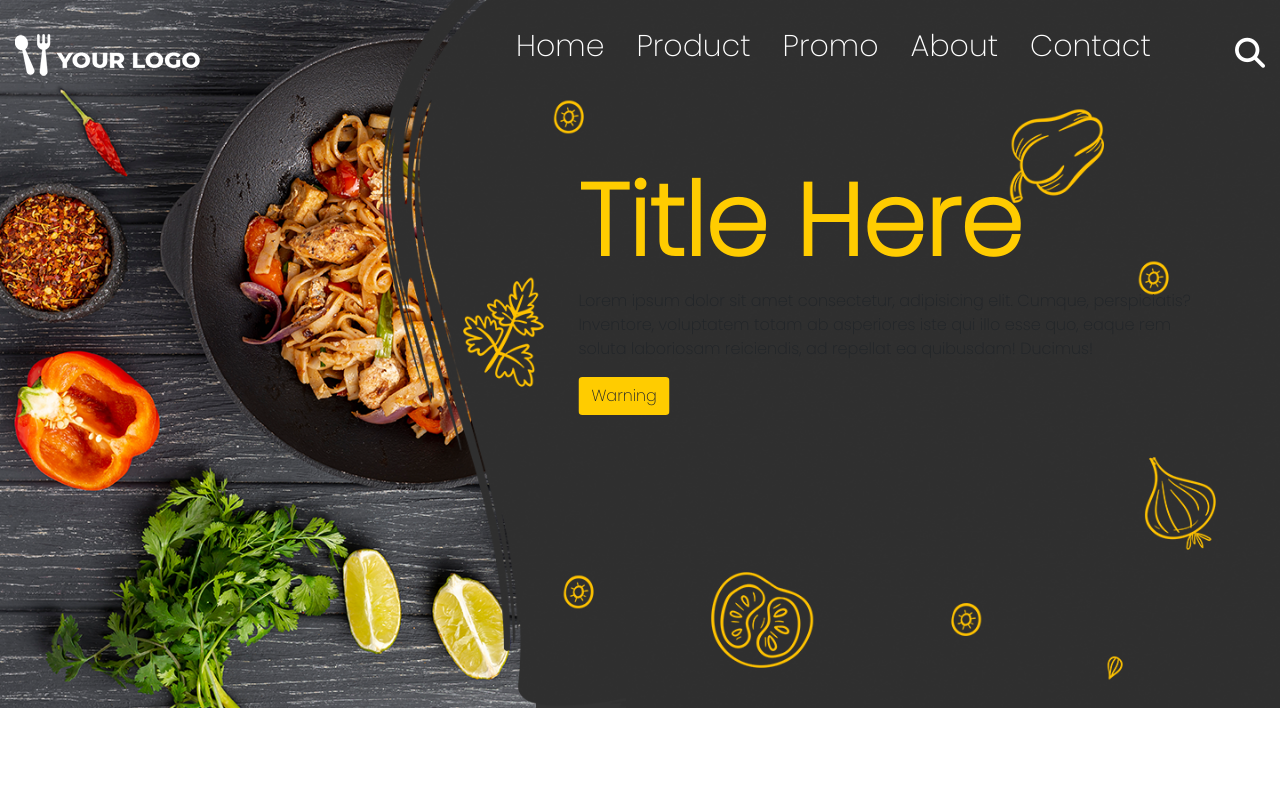
Repository: iphoneboy46/templateRestaurent
Page: index.html
The author's editor kept a copy of each file at every save. The page is drawn from the files as they stood at one save, then again after the next save.
The browser window is 1280 px wide. The pictures show the whole page.

Above is the page before, as saved 2022-10-12 14:51:10.

After the next save:
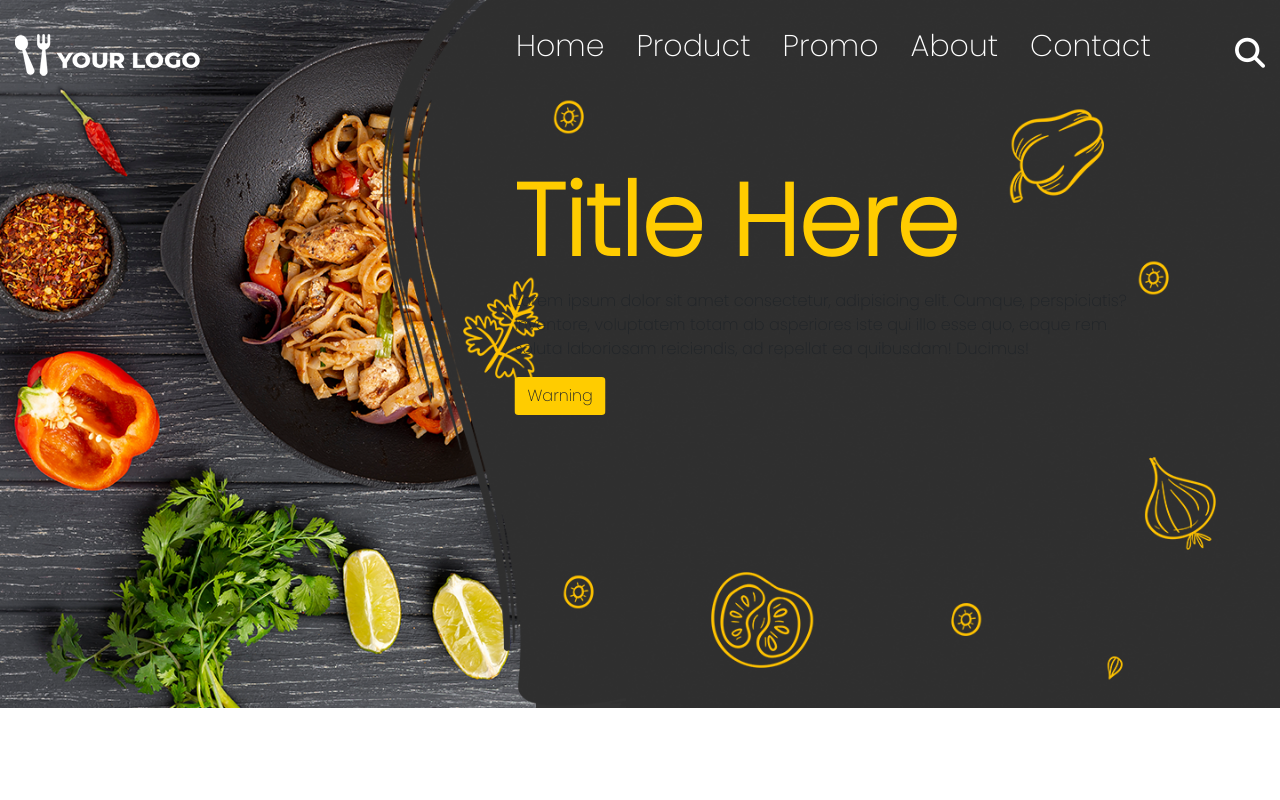
Saved 8 s later.
--- a/style.css
+++ b/style.css
@@ -47,7 +47,7 @@
     width: 635px;
     position: absolute;
     top: 40%;
-    left: 70%;
+    left: 65%;
     transform: translate(-50%,-50%)
 }
 
